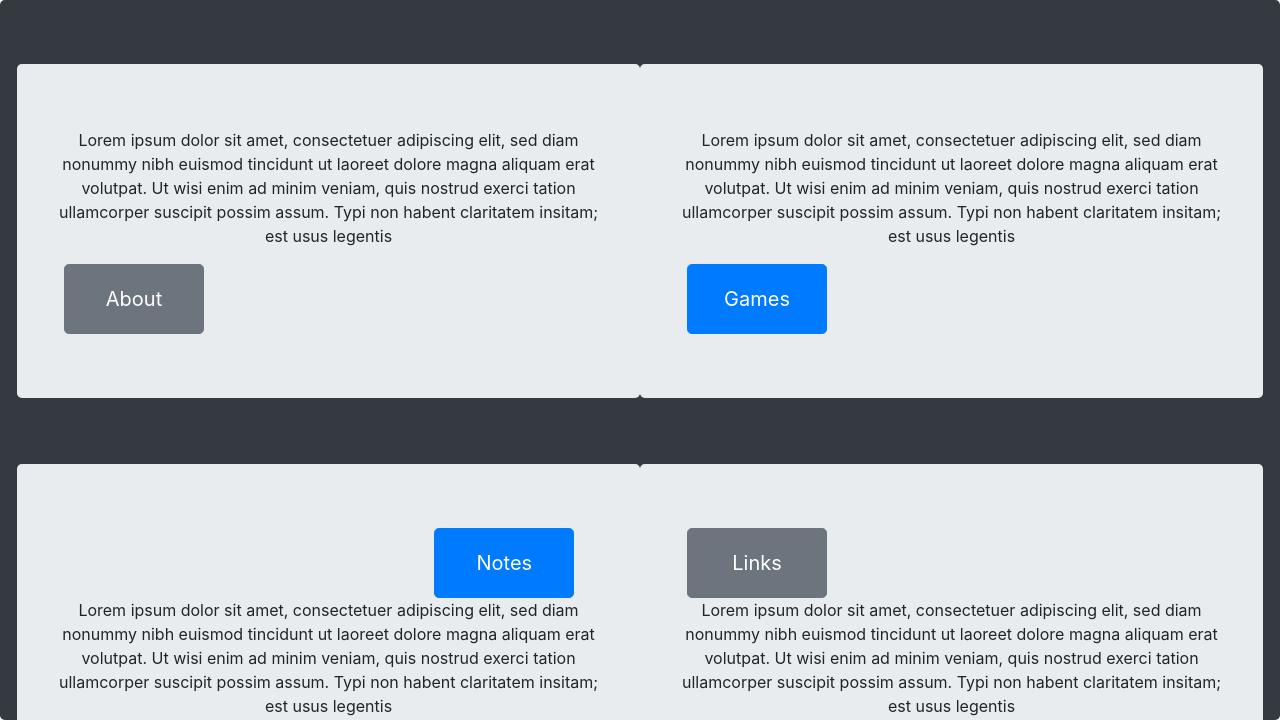
Repository: Kamicoda/Noteblock
Page: index.html
The author's editor kept a record of every edit. The page is drawn from the files as they stood at one moment, then again after the next edit.
The browser window is 1280 px wide. The pictures show the whole page.
Some web libraries are served in a nearby version.

Above is the page before.

After the next edit:
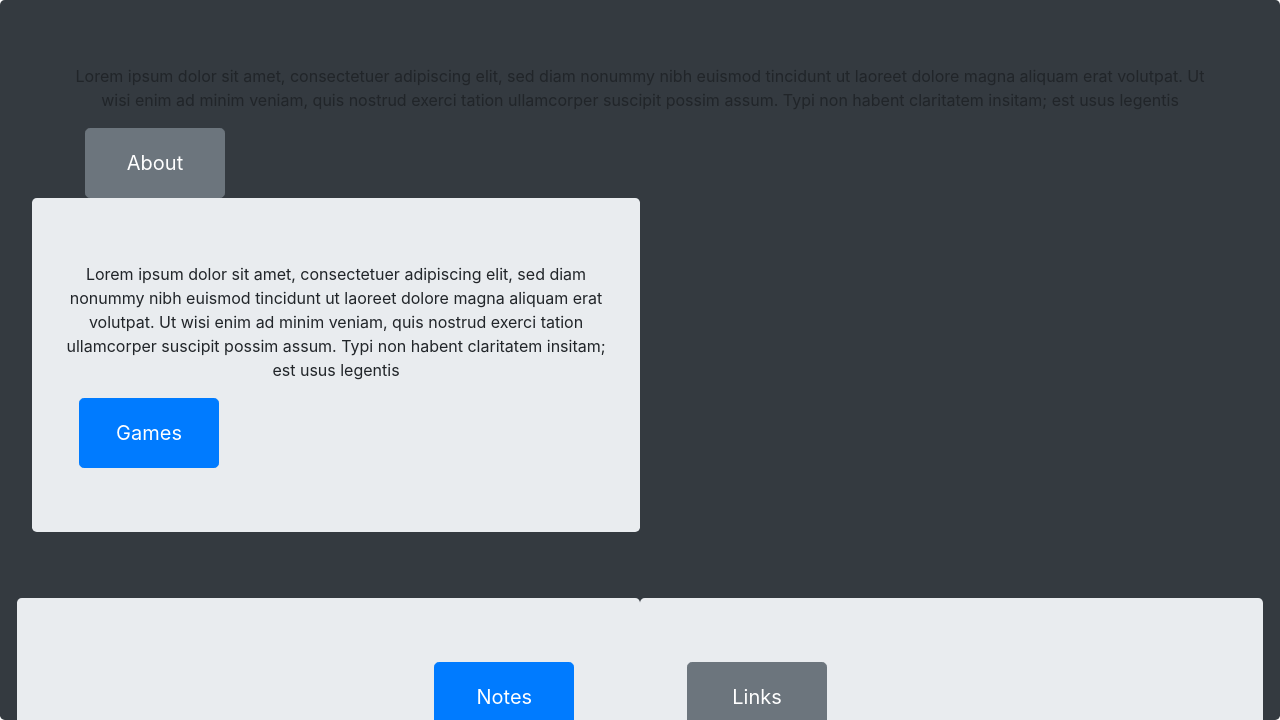
The edit:
--- a/index.html
+++ b/index.html
@@ -35,8 +35,8 @@
             <div class="row navtoprow">
 
                 <div class="col about">
-                    <div class="container cabout">
-                        <div class="jumbotron">
+                    <div class="container cabout w-100 h-100">
+
                             <div class="row">
                                 <div class="col">
                                     <p>Lorem ipsum dolor sit amet, consectetuer adipiscing elit, sed diam nonummy nibh euismod tincidunt ut laoreet dolore magna aliquam erat volutpat. Ut wisi enim ad minim veniam, quis nostrud exerci tation ullamcorper suscipit
